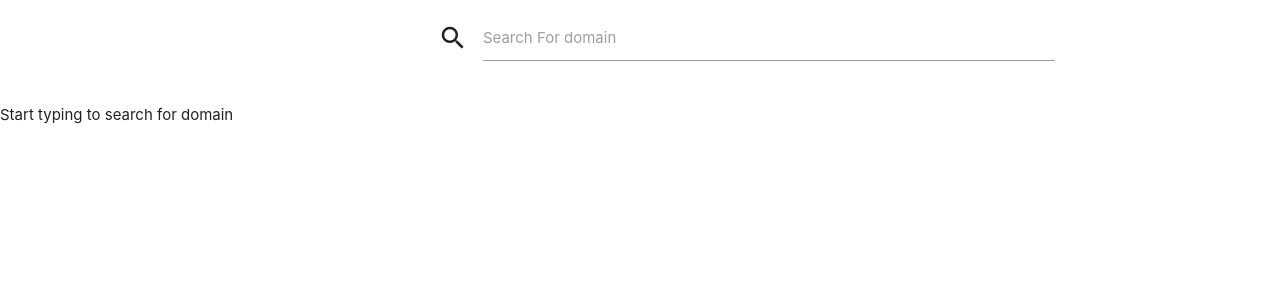
Repository: habib-urrehmaan/domain-name-searcher
Page: / (app in client/)
An editor plug-in stored every save of this project. The page is shown before and after the next save, followed by the edit.
The browser window is 1280 px wide. The pictures show the whole page.
The project was rebuilt for these pictures with package versions that can differ from the ones it lists, and the page was loaded fresh each time.

Above is the page before, as saved 2020-04-17 18:02:26.

After the next save:
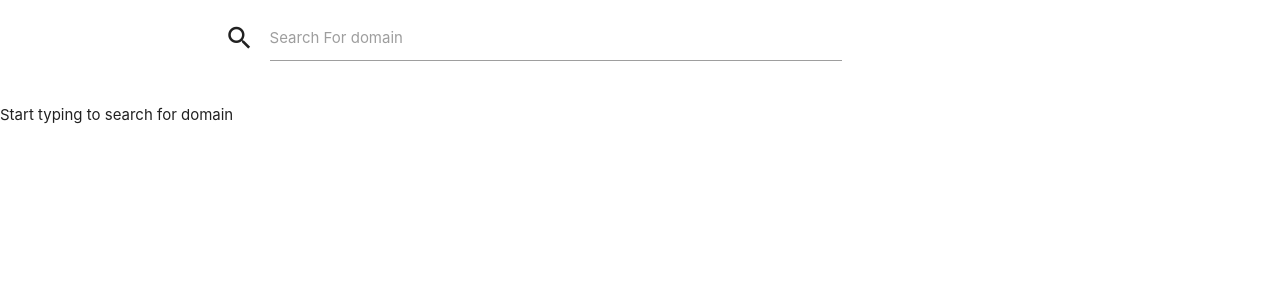
Saved 4 s later.
--- a/client/src/Search.js
+++ b/client/src/Search.js
@@ -28,7 +28,7 @@ class Search extends Component {
         return (
             <div>
                 <div className="row">
-                    <div className="input-field col offset-s4 s6">
+                    <div className="input-field col offset-s2 s6">
                         <i className="material-icons prefix">search</i>
                         <input id="search" type="text" className="validate" onChange={this.onChangeHandler}/>
                         <label htmlFor="search">Search For domain</label>
